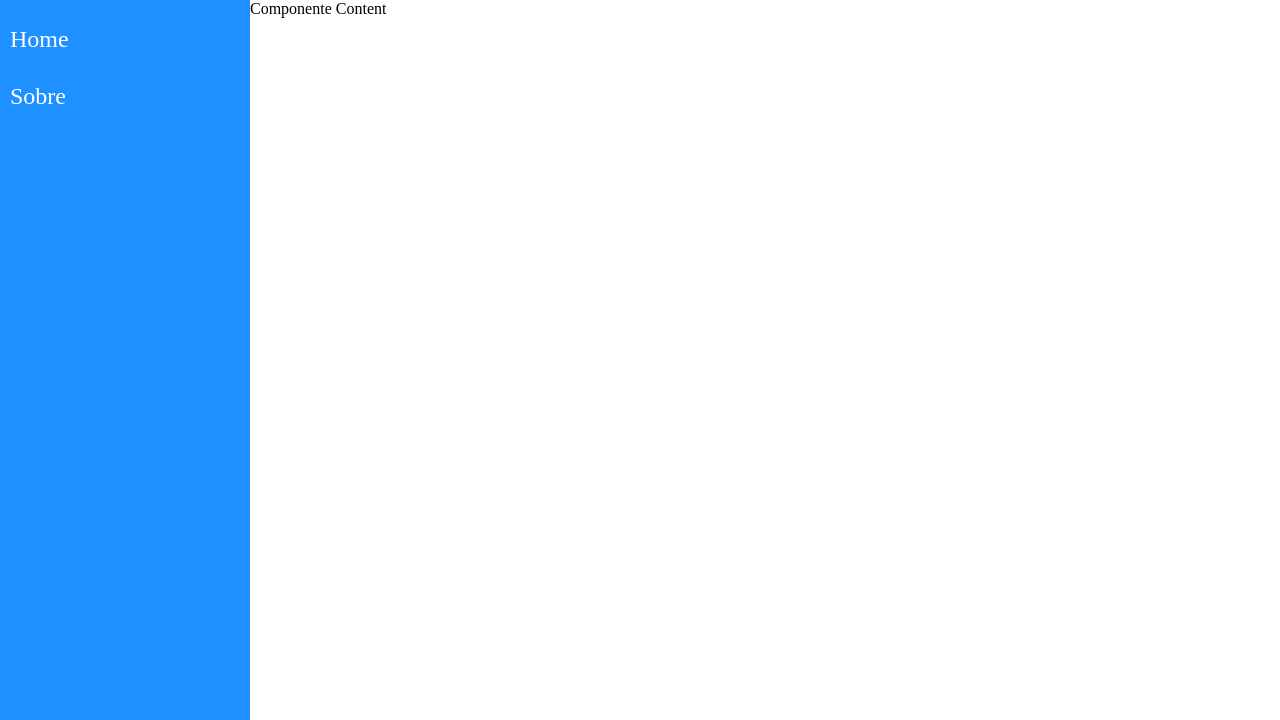
Repository: jean-siqueira/react-navegacao
Page: /
The author's editor kept a copy of each file at every save. The page is drawn from the files as they stood at one save, then again after the next save.
The browser window is 1280 px wide. The pictures show the whole page.
The project was rebuilt for these pictures with package versions that can differ from the ones it lists, and the page was loaded fresh each time. Also part of the build but not shown: src/components/layout/Content.css.

Above is the page before, as saved 2023-03-27 08:19:10.

### src/index.js
import './index.css';
import React from "react";
import  ReactDOM  from "react-dom";
import App from "./views/App";

ReactDOM.render(
    <App/>,
    document.getElementById('root')

)

### src/views/App.jsx
import Content from '../components/layout/Content';
import Menu from '../components/layout/Menu';
import './App.css'
import React from "react";

const App = props => (
    <div className="App">
        <Menu />
        <Content />
    </div>
)

export default App

### src/components/layout/Content.jsx
import './Menu.css'
import React from "react";

const Content = props => (
    <main className="Content">
        Componente Content
    </main>
)

export default Content

### src/components/layout/Menu.jsx
import './Menu.css'
import React from "react";

const Menu = props => (
    <aside className="Menu">
        <nav>
            <ul>
                <li>
                    <a href="/">Home</a>
                </li>
                <li>
                    <a href="/">Sobre</a>
                </li>
            </ul>
        </nav>
    </aside>
)

export default Menu

### src/components/layout/Menu.css
.Menu {
    display: flex;
    flex-basis: 250px;
    background-color: dodgerblue;
}

.Menu nav {
    flex: 1;
}

.Menu ul {
    list-style: none;
    padding: 0;
}

.Menu li {
    display: flex;
}

.Menu li a {
    flex: 1;
    padding: 10px;
    margin-bottom: 10px;

    text-decoration: none;
    color: #fff;
    font-size: 1.5rem;
}

.Menu li a:hover{
    background-color: #00000020;
}

Loaded but not shown: public/index.html (common file); src/index.css (common file); src/views/App.css (common file)

After the next save:
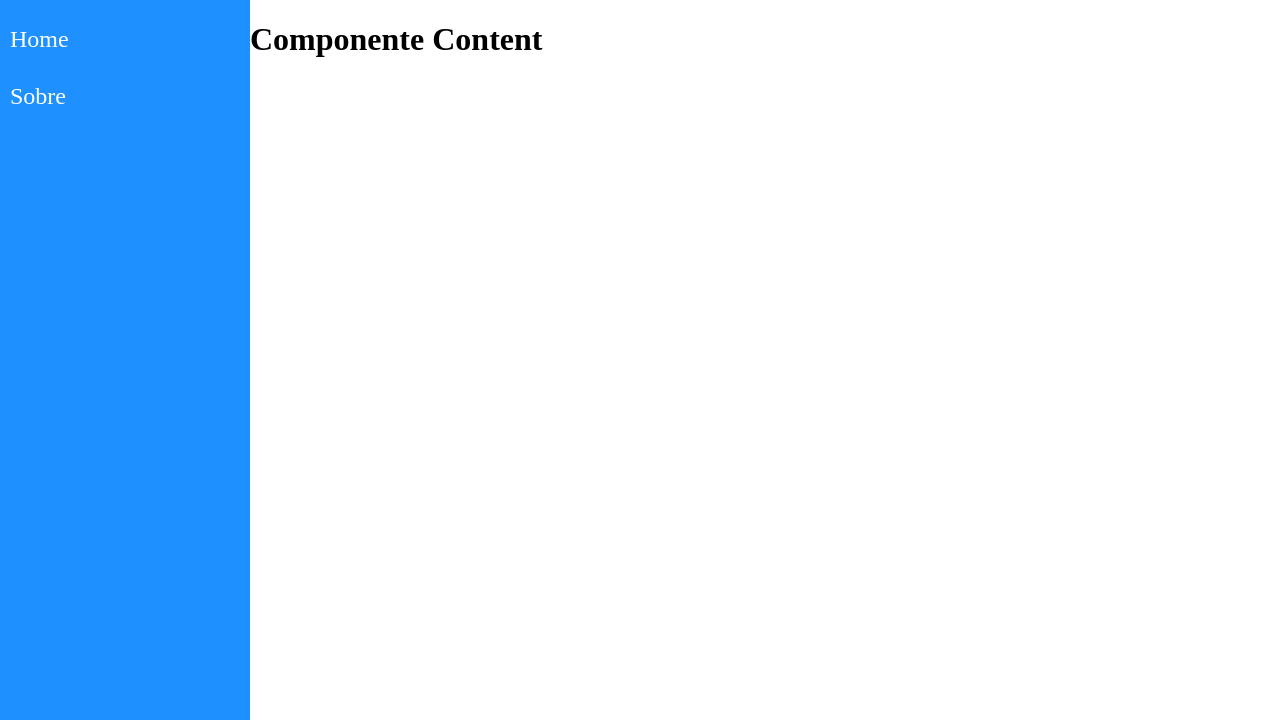
Saved 26 s later.
--- a/src/components/layout/Content.jsx
+++ b/src/components/layout/Content.jsx
@@ -1,9 +1,9 @@
-import './Menu.css'
+import './Content.css'
 import React from "react";
 
 const Content = props => (
     <main className="Content">
-        Componente Content
+        <h1>Componente Content</h1>
     </main>
 )
 
